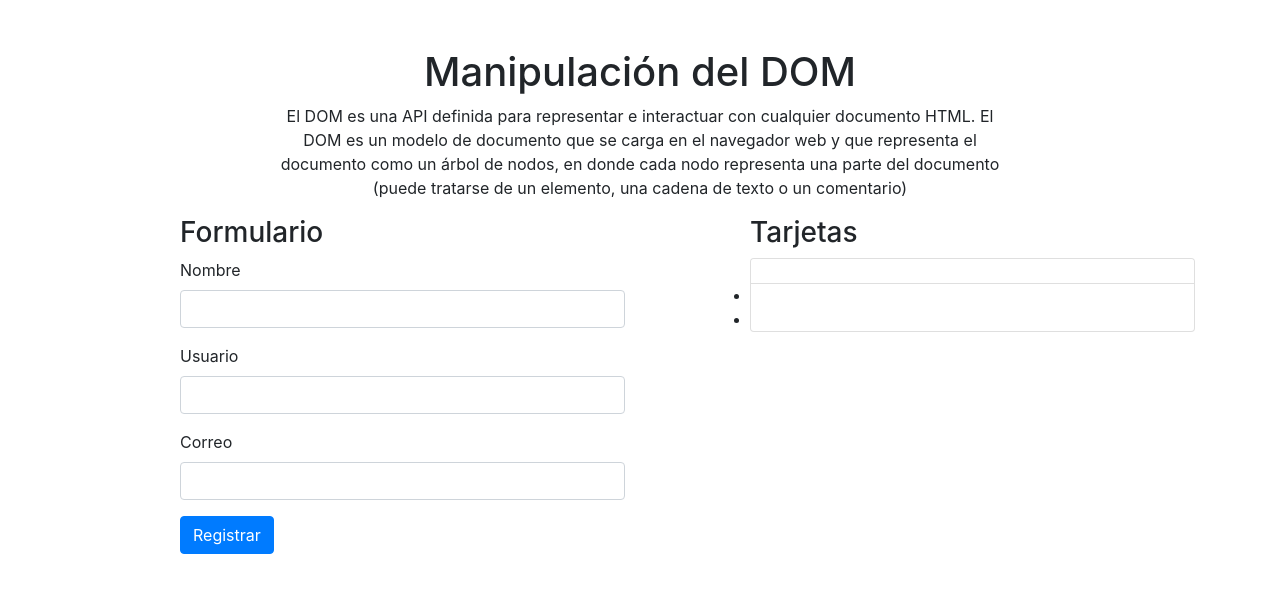
Repository: pedro-donoso/manipulacion-dom
Page: index.html
An editor plug-in stored every save of this project. The page is shown before and after a run of saves, followed by the edit.
The browser window is 1280 px wide. The pictures show the whole page.

Above is the page before, as saved 2024-02-05 21:19:45.

After the next 2 saves:
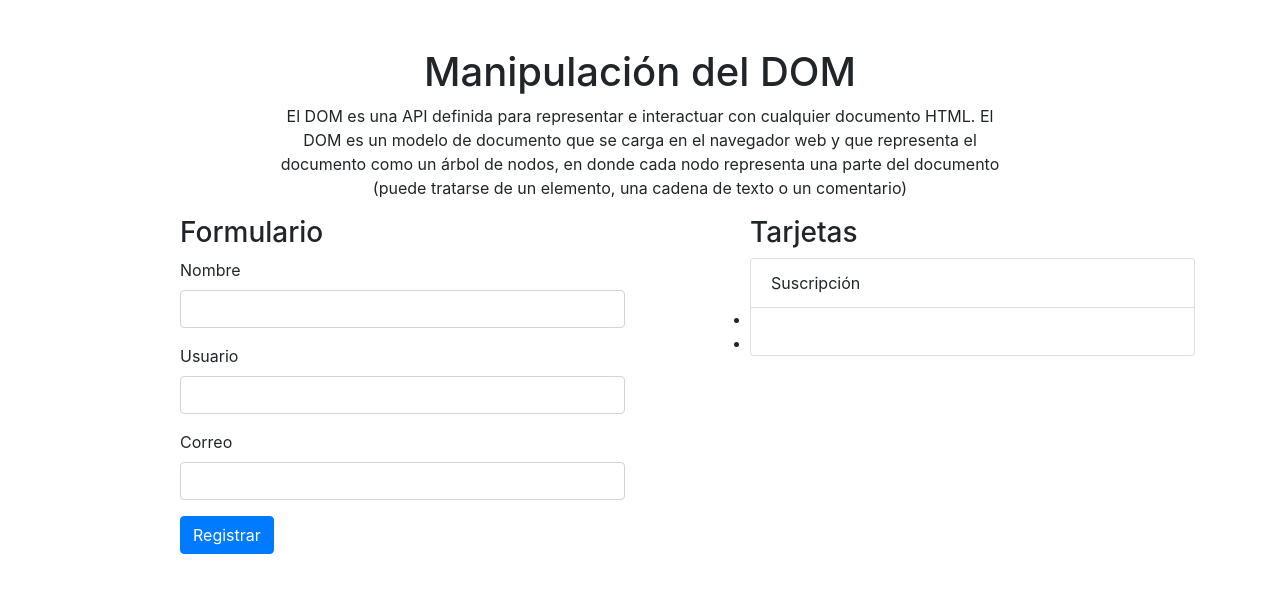
The 2 saves are shown as one change because they came seconds apart.
The last was saved 10 s later.
--- a/index.html
+++ b/index.html
@@ -45,7 +45,7 @@
                     <ul class="list-group list-group-flush">
                         <li class="list-group-item d-flex justify-content-between">
                             <div class="d-flex flex-column">
-                                <span></span>
+                                <span>Suscripción</span>
                                 <small></small>
                             </div>
                         </li>
